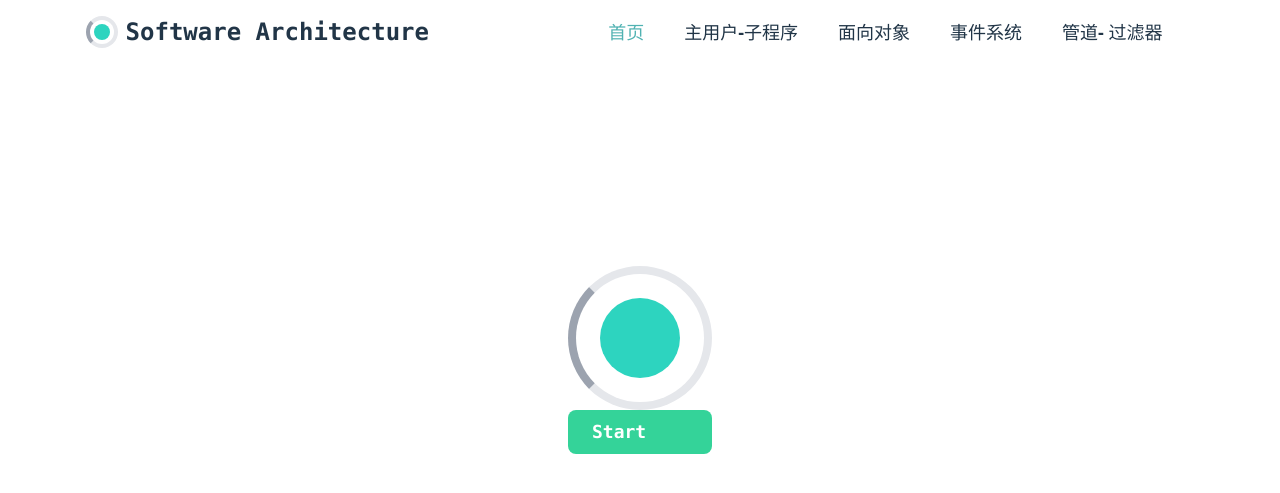
Repository: MarchRory/software_architecture_lab2
Page: / (app in lab2/)
The author's editor kept a copy of each file at every save. The page is drawn from the files as they stood at one save, then again after the next save.
The browser window is 1280 px wide. The pictures show the whole page.
The project was rebuilt for these pictures with package versions that can differ from the ones it lists, and the page was loaded fresh each time. Also part of the build but not shown: lab2/vite.config.ts. Imported but missing from the stored project, and not drawn on this page: lab2/src/views/OOP/index.vue, lab2/src/views/PipFilter/index.vue, lab2/src/views/eventsSys/index.vue, lab2/src/views/mainChild/index.vue.

Above is the page before, as saved 2023-11-16 14:53:15.

After the next save:
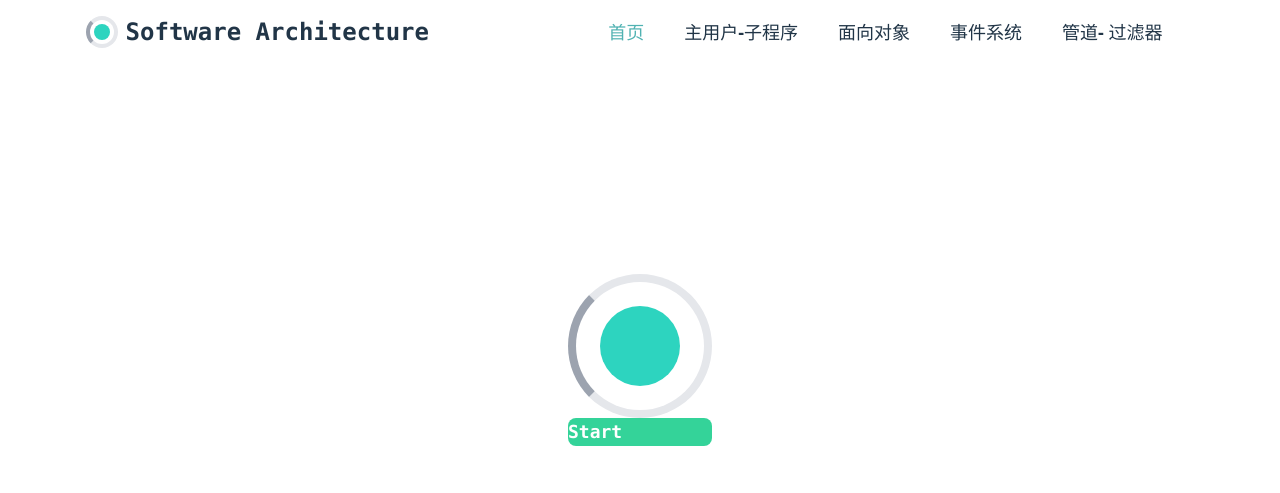
Saved 66 s later.
--- a/lab2/src/views/hello/index.vue
+++ b/lab2/src/views/hello/index.vue
@@ -18,7 +18,7 @@
 		</div>
 		<div
 			@click="enter"
-			class="px-6 py-2 font-mono text-lg font-bold text-white rounded-lg hover:cursor-pointer bg-emerald-400"
+			class="font-mono text-lg font-bold text-white rounded-lg hover:cursor-pointer bg-emerald-400"
 		>
 			Start
 		</div>

After the save that followed:
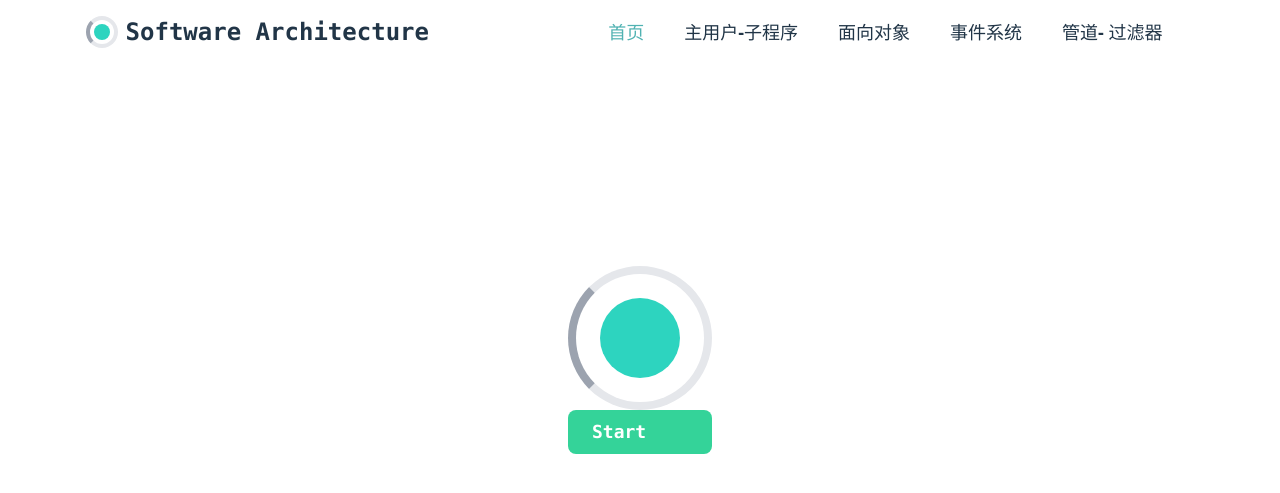
Saved 5 s later.
--- a/lab2/src/views/hello/index.vue
+++ b/lab2/src/views/hello/index.vue
@@ -18,7 +18,7 @@
 		</div>
 		<div
 			@click="enter"
-			class="font-mono text-lg font-bold text-white rounded-lg hover:cursor-pointer bg-emerald-400"
+			class="px-6 py-2 font-mono text-lg font-bold text-white rounded-lg hover:cursor-pointer bg-emerald-400"
 		>
 			Start
 		</div>
